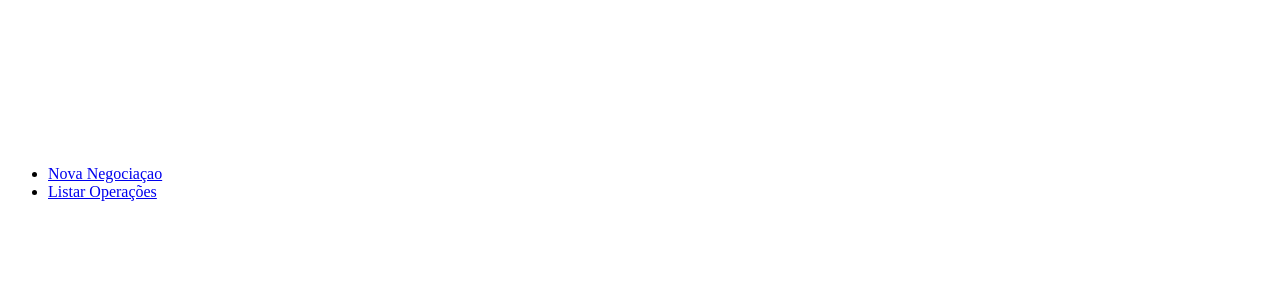
Repository: Dorns/negociacao
Page: Mercadoria/WebContent/snipets/cabecalho.html
An editor plug-in stored every save of this project. The page is shown before and after the next save, followed by the edit.
The browser window is 1280 px wide. The pictures show the whole page.

Above is the page before, as saved 2017-03-27 22:49:15.

### Mercadoria/WebContent/snipets/cabecalho.html
<nav class="navbar navbar-inverse">
	<div class="container-fluid">
		<div class="navbar-header">
			<img class="navbar-brand" src="img/shakingHands.png" alt="imgNegociacao" height="20%"
				width="20%" />
		</div>
		<ul class="nav navbar-nav">
			<li><a class="navbar-brand" href="#">Nova Negociaçao</a></li>
			<li><a class="navbar-brand" href="listarOperacoes.jsp">Listar Operações</a></li>
		</ul>
	</div>
</nav>

After the next save:
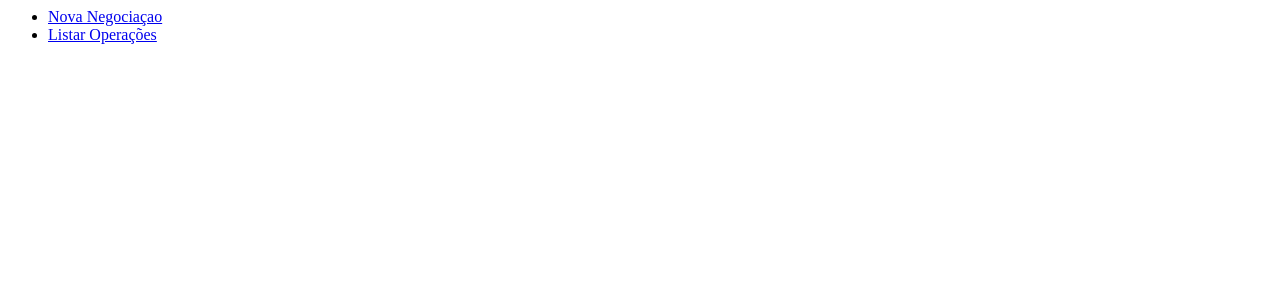
Saved 8 s later.
--- a/Mercadoria/WebContent/snipets/cabecalho.html
+++ b/Mercadoria/WebContent/snipets/cabecalho.html
@@ -1,8 +1,7 @@
 <nav class="navbar navbar-inverse">
 	<div class="container-fluid">
 		<div class="navbar-header">
-			<img class="navbar-brand" src="img/shakingHands.png" alt="imgNegociacao" height="20%"
-				width="20%" />
+
 		</div>
 		<ul class="nav navbar-nav">
 			<li><a class="navbar-brand" href="#">Nova Negociaçao</a></li>

After the save that followed:
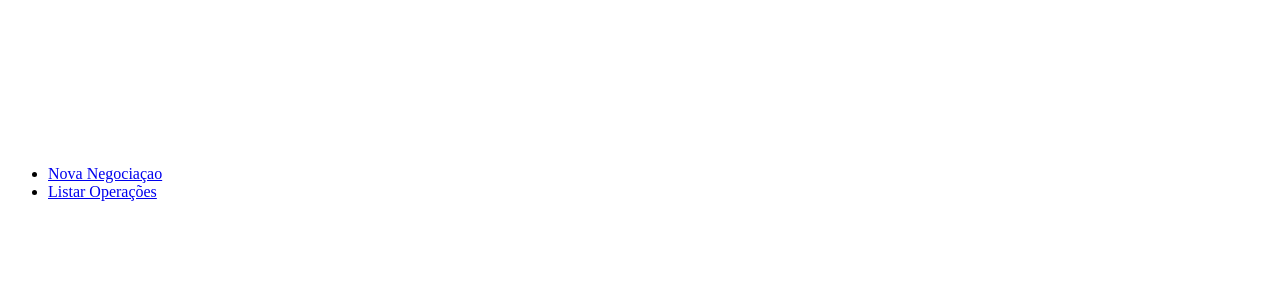
Saved 17 s later.
--- a/Mercadoria/WebContent/snipets/cabecalho.html
+++ b/Mercadoria/WebContent/snipets/cabecalho.html
@@ -1,11 +1,12 @@
 <nav class="navbar navbar-inverse">
 	<div class="container-fluid">
 		<div class="navbar-header">
-
+			<img class="navbar-brand" src="img/shakingHands.png" alt="imgNegociacao" height="20%"
+				width="20%" />
 		</div>
 		<ul class="nav navbar-nav">
-			<li><a class="navbar-brand" href="#">Nova Negociaçao</a></li>
-			<li><a class="navbar-brand" href="listarOperacoes.jsp">Listar Operações</a></li>
+			<li><a  href="#">Nova Negociaçao</a></li>
+			<li><a  href="listarOperacoes.jsp">Listar Operações</a></li>
 		</ul>
 	</div>
 </nav>
